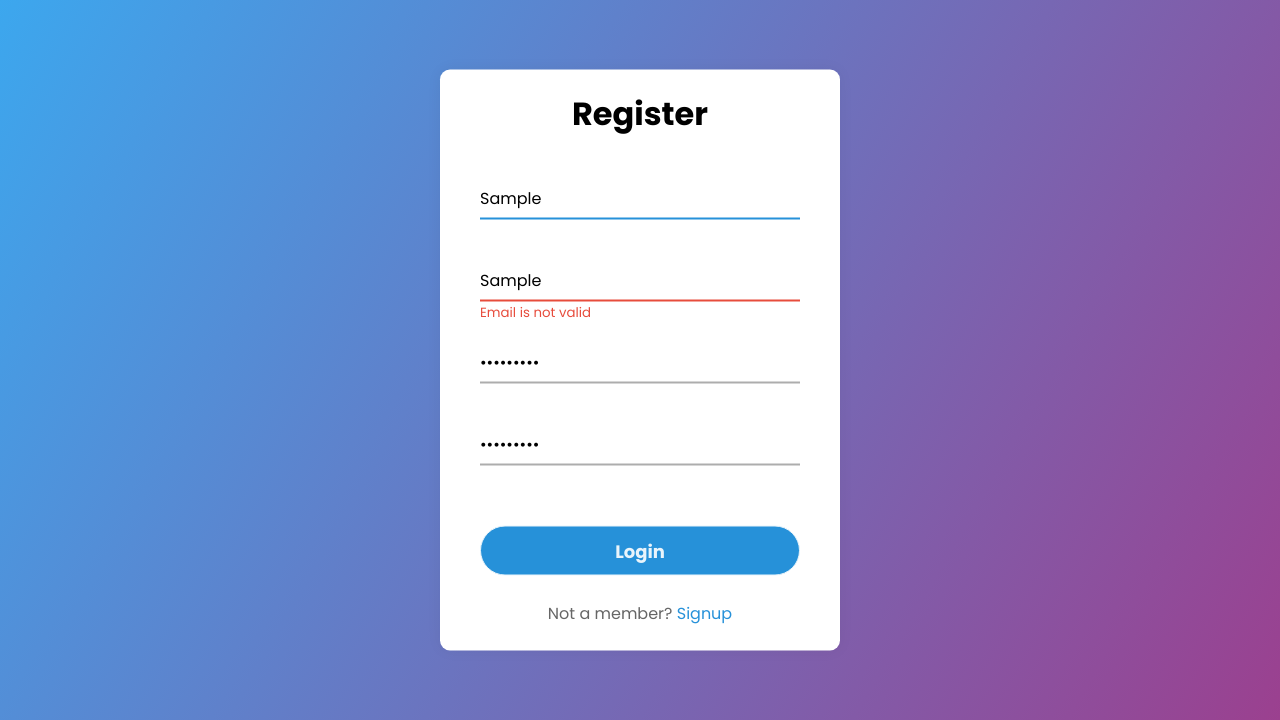
Repository: HoanTiny/30projects-30day
Page: Day 8/index.html
These files come from the project's save history. The page is drawn as it stood at one moment and after the next save; the edit follows.
The browser window is 1280 px wide. The pictures show the whole page.
Empty fields were first filled with sample values (such as "Sample", 5 or name@example.com).
After loading, the first visible `form` was submitted once.

Above is the page before, as saved 2021-12-06 14:48:39.
Console error: ReferenceError: input is not defined

### Day 8/index.html
<!DOCTYPE html>
<html lang="en">
    <head>
        <meta charset="UTF-8" />
        <meta http-equiv="X-UA-Compatible" content="IE=edge" />
        <meta name="viewport" content="width=device-width, initial-scale=1.0" />
        <title>Register Form Validator</title>
        <link rel="stylesheet" href="style.css" />
    </head>
    <body>
        <div class="container">
            <h1>Register</h1>
            <form>
                <div class="form-control">
                    <input type="text" id="username" placeholder="Username" />
                    <span></span>
                    <small></small>
                </div>
                <div class="form-control">
                    <input type="text" id="email" placeholder="Email" />
                    <span></span>
                    <small></small>
                </div>
                <div class="form-control">
                    <input type="password" id="password" placeholder="Password" />
                    <span></span>
                    <small></small>
                </div>
                <div class="form-control">
                    <input type="password" id="password2" placeholder="Confirm password" />
                    <span></span>
                    <small></small>
                </div>
                <input type="submit" value="Login" />
                <div class="signup_link">Not a member? <a href="#">Signup</a></div>
            </form>
        </div>

        <script src="app.js"></script>
    </body>
</html>

### Day 8/style.css
@import url("https://fonts.googleapis.com/css2?family=Poppins:wght@400;500;600;700&display=swap");

* {
    margin: 0;
    padding: 0;
    box-sizing: border-box;
    font-family: "Poppins", sans-serif;
}

body {
    background: linear-gradient(120deg, #3ca7ee, #9b408f);
    height: 100vh;
    overflow: hidden;
}

.container {
    position: absolute;
    top: 50%;
    left: 50%;
    transform: translate(-50%, -50%);
    width: 400px;
    background: white;
    border-radius: 10px;
    box-shadow: 0px 0px 15px rgba(0, 0, 0, 0.05);
}

.container h1 {
    text-align: center;
    padding-top: 20px;
}

.container form {
    padding: 0 40px;
}

form .form-control {
    position: relative;
    border-bottom: 2px solid #adadad;
    margin: 40px 0;
}

.form-control.success {
    border-bottom-color: #2691d9;
}

.form-control.error {
    border-bottom-color: #e74c3c;
}

.form-control input {
    width: 100%;
    height: 40px;
    font-size: 16px;
    border: none;
    background: none;
    outline: none;
}

small {
    position: absolute;
    left: 0;
    top: 100%;
    margin-top: 3px;
    color: #e74c3c;
}

.form-control span::before {
    content: "";
    position: absolute;
    top: 40px;
    left: 0;
    width: 0%;
    height: 2px;
    background: #2691d9;
    transition: 0.3s;
}

.form-control input:focus ~ span::before {
    width: 100%;
}

input[type="submit"] {
    margin-top: 20px;
    width: 100%;
    height: 50px;
    border: 1px solid;
    background: #2691d9;
    border-radius: 25px;
    font-size: 18px;
    color: #e9f4fb;
    font-weight: 700;
    cursor: pointer;
    outline: none;
    transition: 0.5s;
}

input[type="submit"]:hover {
    background-color: #08609a;
}

.signup_link {
    margin: 25px 0;
    text-align: center;
    font-size: 16px;
    color: #666666;
}

.signup_link a {
    color: #2691d9;
    text-decoration: none;
}

.signup_link a:hover {
    text-decoration: underline;
}

### Day 8/app.js
const form = document.querySelector("form");
const username = document.getElementById("username");
const email = document.getElementById("email");
const password = document.getElementById("password");
const password2 = document.getElementById("password2");

//Show error
function showError(input, message) {
    const formControl = input.parentElement;
    formControl.className = "form-control error";
    const small = formControl.querySelector("small");
    small.innerText = message;
}

// Show success outline
function showSuccess(input) {
    const formControl = input.parentElement;
    formControl.className = "form-control success";
    const small = formControl.querySelector("small");
    small.innerText = "";
}

function checkusername(input, min) {
    if (input.value.length < min) {
        showError(input, "Username phải trên 3 ký tự");
    } else {
        showSuccess(input);
    }
}

function checkmail(input) {
    const re =
        /^(([^<>()[\]\.,;:\s@\"]+(\.[^<>()[\]\.,;:\s@\"]+)*)|(\".+\"))@(([^<>()[\]\.,;:\s@\"]+\.)+[^<>()[\]\.,;:\s@\"]{2,})$/i;
    if (re.test(input.value.trim())) {
        showSuccess(input);
    } else {
        showError(input, "Email is not valid");
    }
}

function checkpassword(input, min, max) {
    if (input.value.length < min) {
        showError(input, "Mật khẩu phải trên 6 ký tự");
    } else {
        showSuccess(input);
    }
}

function confirmpassword(input, min, max) {
    if (input.value != password) {
        showError(input, "Mật khẩu nhập lại không đúng");
    } else {
        showSuccess(input);
    }
}

form.addEventListener("submit", function (e) {
    e.preventDefault();
    checkusername(username, 3);
    checkmail(email);
    checkpassword(input, 3);
    confirmpassword(input, 3);
});

After the next save:
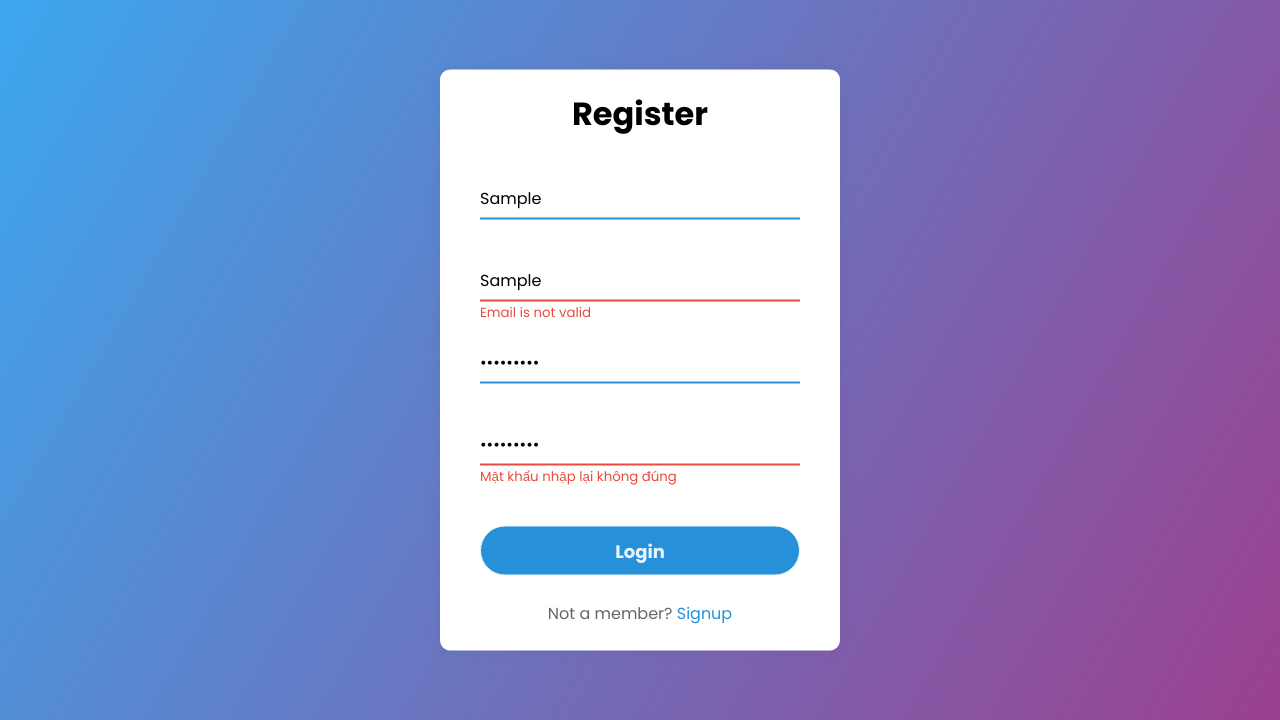
The error is gone.
Saved 23 s later.
--- a/Day 8/app.js
+++ b/Day 8/app.js
@@ -58,6 +58,6 @@ form.addEventListener("submit", function (e) {
     e.preventDefault();
     checkusername(username, 3);
     checkmail(email);
-    checkpassword(input, 3);
-    confirmpassword(input, 3);
+    checkpassword(password, 3);
+    confirmpassword(password2, 3);
 });
